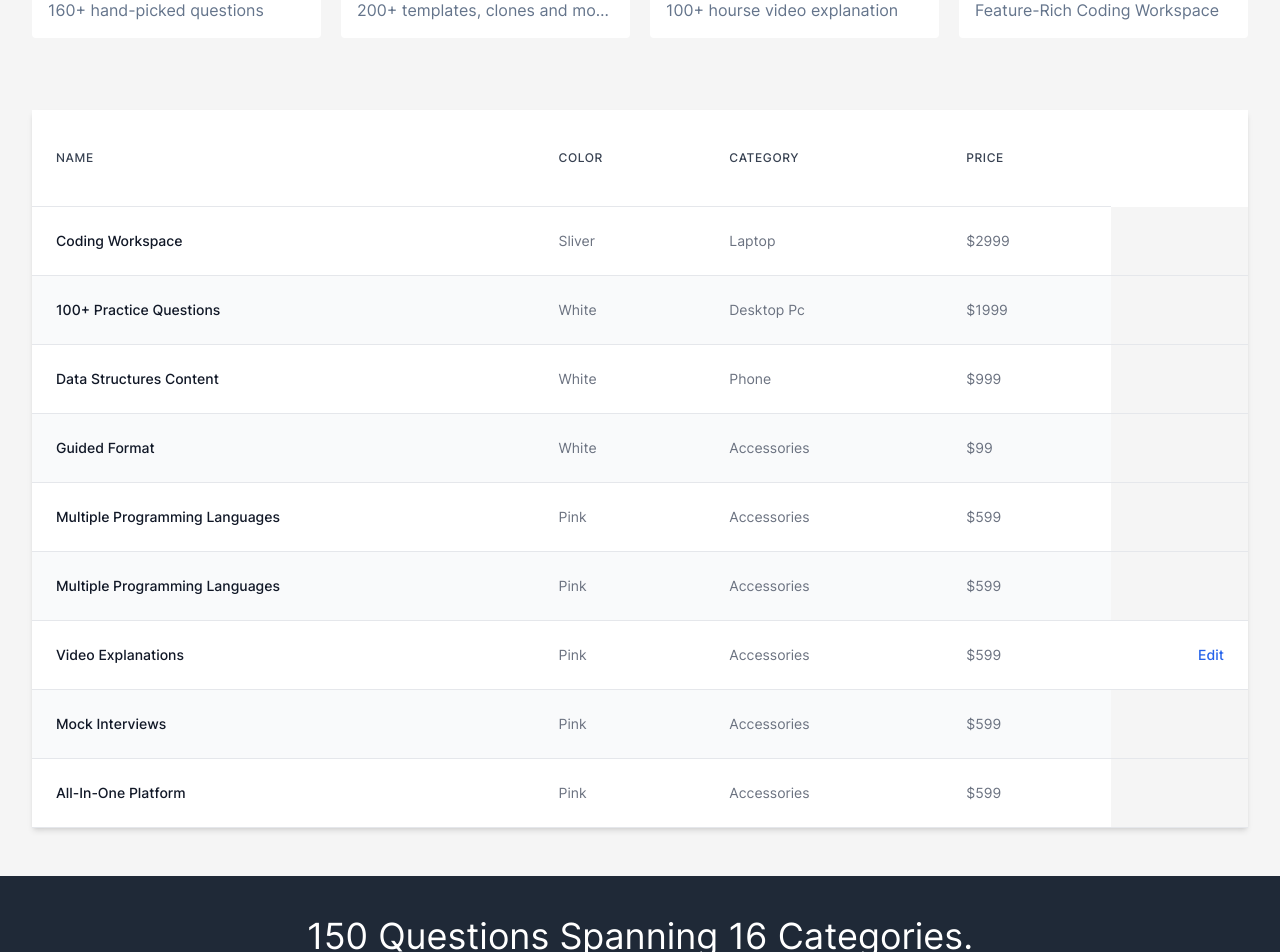
Repository: om1ars/Xjkey
Page: /
The author's editor kept a copy of each file at every save. The page is drawn from the files as they stood at one save, then again after the next save.
The browser window is 1280 px wide. The pictures show the part of the page from y = 865 to 1817 px (the page is 3949 px tall).
The project was rebuilt for these pictures with package versions that can differ from the ones it lists, and the page was loaded fresh each time. The framework's server and built-in components were replaced by stand-ins that run in the browser. Also part of the build but not shown: next.config.js.

Above is the page before, as saved 2022-03-19 01:51:55.

### src/pages/_app.tsx
import "@/css/fonts.css";
// Import Swiper styles
import "swiper/css";
import "swiper/css/free-mode";
import "swiper/css/scrollbar";
import "swiper/css/navigation";
//
import "@/css/main.scss";
import type { AppProps } from "next/app";
import { ThemeProvider } from "next-themes";
import { Header } from "@/components/Header";
import DefaultLayout from "@/layouts/DefaultLayout";

function MyApp({ Component, pageProps }: AppProps) {
  return (
    <ThemeProvider attribute="class" defaultTheme="system">
      <DefaultLayout>
        <Component {...pageProps} />
      </DefaultLayout>
    </ThemeProvider>
  );
}

export default MyApp;

### src/pages/_document.tsx
import NextDocument, {
  Html,
  Head,
  Main,
  NextScript,
  DocumentContext,
} from 'next/document';

export default class Document extends NextDocument {
  static async getInitialProps(ctx: DocumentContext) {
    const initialProps = await NextDocument.getInitialProps(ctx);
    return { ...initialProps };
  }

  render() {
    return (
      <Html lang='en' className='dark'>
        <Head>
          <link href='/favicons/site.webmanifest' rel='manifest' />
          <link href='/favicons/favicon.ico' rel='shortcut icon' />
          <link
            href='/favicons/apple-touch-icon.png'
            rel='apple-touch-icon'
            sizes='180x180'
          />
          <link
            href='/favicons/favicon-32x32.png'
            rel='icon'
            sizes='32x32'
            type='image/png'
          />
          <link
            href='/favicons/favicon-16x16.png'
            rel='icon'
            sizes='16x16'
            type='image/png'
          />
          <link
            rel='mask-icon'
            href='/favicons/safari-pinned-tab.svg'
            color='#6366f1'
          />
          <meta content='#ffffff' name='theme-color' />
          <meta content='#ffffff' name='msapplication-TileColor' />
          <meta
            content='/favicons/browserconfig.xml'
            name='msapplication-config'
          />
        </Head>
        <body className='dark:highlight-white/5 bg-neutral-100 text-slate-900 antialiased dark:bg-gray-800 dark:text-white'>
          <Main />
          <NextScript />
        </body>
      </Html>
    );
  }
}

### src/pages/index.tsx
import React from "react";
import SEO from "@/components/SEO";
import AboutUs from "@/components/HomeComponents/AboutUs";
import Hero from "@/components/HomeComponents/Hero";
import { FeaturedJobs } from "@/components/HomeComponents/FeaturedJobs";
import AlgoFlipCard from "@/components/HomeComponents/FlipCard";
import VideosComponents from "@/components/HomeComponents/VideosComponents";
import CompareTable from "@/components/HomeComponents/CompareTable";
export default function Home() {
  return (
    <>
      <SEO />
      <Hero />
      <main className="mx-auto max-w-screen-xl px-6 sm:px-8">
        <div className="mt-16 space-y-20">
          <FeaturedJobs />
        </div>
      </main>
      <main
        className="mx-auto max-w-screen-xl px-6 sm:px-8 "
        id="video-explanation"
      >
        <div className="mt-16 space-y-20">
          <CompareTable />
        </div>
      </main>
      <div className="mt-10 " id="flipCard">
        <AlgoFlipCard />
      </div>
      <main
        className="mx-auto max-w-screen-xl px-6 sm:px-8 "
        id="video-explanation"
      >
        <div className="mt-16 space-y-20">
          <VideosComponents />
        </div>
      </main>
    </>
  );
}

### src/css/fonts.css
@font-face {
  font-family: "Inter var";
  font-weight: 100 900;
  font-display: swap;
  font-style: normal;
  font-named-instance: "Regular";
  src: url("../fonts/Inter-roman-latin.var.woff2") format("woff2");
}

@font-face {
  font-family: "Inter var";
  font-weight: 100 900;
  font-display: swap;
  font-style: italic;
  font-named-instance: "Italic";
  src: url("../fonts/Inter-italic-latin.var.woff2") format("woff2");
}

### src/css/main.scss
@tailwind base;
@tailwind components;
@tailwind utilities;
@import "./flip-card.scss";
@layer base {
  .dark {
    color-scheme: dark;
  }
}

/* styling Swiper default navigations elements */
.swiper-button-next {
  background-color: theme("colors.white");
  height: 40px;
  width: 40px;
  border-radius: 100px;
  box-shadow: theme("boxShadow.lg");
  transition: all;
  transition-duration: 150ms;
}

html.dark .swiper-button-next {
  background-color: theme("colors.slate.600");
}

.swiper-button-next:hover {
  background-color: theme("colors.slate.200");
}

html.dark .swiper-button-next:hover {
  background-color: theme("colors.slate.400");
}

.swiper-button-next::after {
  color: black;
  font-size: 1rem;
  font-weight: bold;
}
html.dark .swiper-button-next::after {
  color: theme("colors.white");
}

.swiper-button-prev {
  background-color: theme("colors.white");
  height: 40px;
  width: 40px;
  border-radius: 100px;
  box-shadow: theme("boxShadow.lg");
  transition: all;
  transition-duration: 150ms;
}

html.dark .swiper-button-prev {
  background-color: theme("colors.slate.600");
}

.swiper-button-prev:hover {
  background-color: theme("colors.slate.200");
}

html.dark .swiper-button-prev:hover {
  background-color: theme("colors.slate.400");
}

.swiper-button-prev::after {
  color: black;
  font-size: 1rem;
  font-weight: bold;
}
html.dark .swiper-button-prev::after {
  color: theme("colors.white");
}

html.dark .swiper-scrollbar {
  background: rgb(255, 255, 255, 0.2);
}
html.dark .swiper-scrollbar-drag {
  background: rgb(255, 255, 255, 0.6);
}
/* end of styling Swiper default navigations elements */

### src/layouts/DefaultLayout.tsx
import Footer from "@/components/Footer";
import { Header } from "@/components/Header";
import React, { FC } from "react";

export default function DefaultLayout({ children }: any) {
  return (
    <div>
      <Header />
      <main>{children}</main>
      <Footer />
    </div>
  );
}

### src/components/SEO.tsx
import React from "react";
import Head from "next/head";

const defaultMeta = {
  title: "Job Seeking Landing Page - Miad V",
  description: "Exprimental Project",
};

const SEO: React.FC<any> = ({ children, ...customMeta }) => {
  const meta = {
    ...defaultMeta,
    ...customMeta,
  };
  return (
    <Head>
      <meta name="robots" content="noindex" />
      <title>{meta.title}</title>
      <meta name="description" content={meta.description} />
    </Head>
  );
};

export default SEO;

### src/components/HomeComponents/VideosComponents.tsx
import React from "react";

export default function VideosComponents() {
  return (
    <div className="flex justify-between text-justify sm:flex-col  md:flex-col lg:flex-row">
      <div className="w-6/12 pl-5 pr-5">
        <div>
          <h1 className="mb-3 text-4xl text-black">Our Videos Set Us Apart.</h1>
          <p>
            Lorem ipsum dolor sit amet consectetur, adipisicing elit. Unde
            architecto corporis obcaecati quis error autem impedit aliquid id
            fugiat pariatur doloremque, delectus voluptatibus maiores odit ipsa
            aspernatur dolorem quo non.
          </p>
        </div>
        <div className="mt-6 flex sm:flex-col md:flex-col lg:flex-row">
          <div className="mr-6 text-justify">
            <h3 className="mb-3 text-2xl text-black">Conceptual Overview</h3>
            <p>
              Lorem ipsum dolor sit amet, consectetur adipisicing elit. Quos
              beatae culpa eveniet error, nesciunt quo veritatis nihil debitis
              numquam enim totam dolorum esse perspiciatis incidunt labore,
              alias voluptatibus molestiae dignissimos!
            </p>
          </div>
          <div>
            <h3 className="mb-3 text-2xl text-black">Code Walkthrough</h3>
            <p>
              Lorem ipsum dolor sit amet, consectetur adipisicing elit. Quos
              beatae culpa eveniet error, nesciunt quo veritatis nihil debitis
              numquam enim totam dolorum esse perspiciatis incidunt labore,
              alias voluptatibus molestiae dignissimos!
            </p>
          </div>
        </div>
      </div>
      <div className="w-6/12 border"></div>
    </div>
  );
}

### src/components/HomeComponents/CompareTable.tsx
import React from "react";

export default function CompareTable() {
  return (
    <div>
      <div className="flex flex-col">
        <div className="overflow-x-auto sm:-mx-6 lg:-mx-8">
          <div className="inline-block min-w-full py-2 sm:px-6 lg:px-8">
            <div className="overflow-hidden shadow-md ">
              <table className="min-w-full">
                <thead className="bg-white  ">
                  <tr className="">
                    <th
                      scope="col"
                      className="py-3 px-6 text-left text-xs font-medium uppercase tracking-wider text-gray-700 dark:text-gray-400"
                    >
                      Name
                    </th>
                    <th
                      scope="col"
                      className="py-3 px-6   pt-10 pb-10 text-left text-xs font-medium uppercase tracking-wider text-gray-700 dark:text-gray-400"
                    >
                      Color
                    </th>
                    <th
                      scope="col"
                      className="py-3 px-6 text-left text-xs font-medium uppercase tracking-wider text-gray-700 dark:text-gray-400"
                    >
                      Category
                    </th>
                    <th
                      scope="col"
                      className="py-3 px-6 text-left text-xs font-medium uppercase tracking-wider text-gray-700 dark:text-gray-400"
                    >
                      Price
                    </th>
                    <th scope="col" className="relative py-3 px-6">
                      <span className="sr-only">Edit</span>
                    </th>
                  </tr>
                </thead>
                <tbody>
                  {/* Product 1 */}
                  <tr className="border-b odd:bg-white even:bg-gray-50 dark:border-gray-600 odd:dark:bg-gray-800 even:dark:bg-gray-700">
                    <td className="whitespace-nowrap border-t py-4 px-6 pt-6 pb-6 text-sm font-medium text-gray-900 dark:text-white">
                      Coding Workspace
                    </td>
                    <td className="whitespace-nowrap border-t py-4 px-6 text-sm text-gray-500 dark:text-gray-400">
                      Sliver
                    </td>
                    <td className="whitespace-nowrap border-t py-4 px-6 text-sm text-gray-500 dark:text-gray-400">
                      Laptop
                    </td>
                    <td className="whitespace-nowrap border-t py-4 px-6 text-sm text-gray-500 dark:text-gray-400">
                      $2999
                    </td>
                  </tr>
                  {/* Product 2 */}
                  <tr className="border-b odd:bg-white even:bg-gray-50 dark:border-gray-600 odd:dark:bg-gray-800 even:dark:bg-gray-700">
                    <td className="whitespace-nowrap py-4 px-6 pt-6 pb-6 text-sm font-medium text-gray-900 dark:text-white">
                      100+ Practice Questions
                    </td>
                    <td className="whitespace-nowrap py-4 px-6 text-sm text-gray-500 dark:text-gray-400">
                      White
                    </td>
                    <td className="whitespace-nowrap py-4 px-6 text-sm text-gray-500 dark:text-gray-400">
                      Desktop Pc
                    </td>
                    <td className="whitespace-nowrap py-4 px-6 text-sm text-gray-500 dark:text-gray-400">
                      $1999
                    </td>
                  </tr>
                  {/* Product 3 */}
                  <tr className="border-b odd:bg-white even:bg-gray-50 dark:border-gray-600 odd:dark:bg-gray-800 even:dark:bg-gray-700">
                    <td className="whitespace-nowrap py-4 px-6 pt-6 pb-6 text-sm font-medium text-gray-900 dark:text-white">
                      Data Structures Content
                    </td>
                    <td className="whitespace-nowrap py-4 px-6 text-sm text-gray-500 dark:text-gray-400">
                      White
                    </td>
                    <td className="whitespace-nowrap py-4 px-6 text-sm text-gray-500 dark:text-gray-400">
                      Phone
                    </td>
                    <td className="whitespace-nowrap py-4 px-6 text-sm text-gray-500 dark:text-gray-400">
                      $999
                    </td>
                  </tr>
                  {/* Product 4 */}
                  <tr className="border-b odd:bg-white even:bg-gray-50 dark:border-gray-600 odd:dark:bg-gray-800 even:dark:bg-gray-700">
                    <td className="whitespace-nowrap py-4 px-6 pt-6 pb-6 text-sm font-medium text-gray-900 dark:text-white">
                      Guided Format
                    </td>
                    <td className="whitespace-nowrap py-4 px-6 text-sm text-gray-500 dark:text-gray-400">
                      White
                    </td>
                    <td className="whitespace-nowrap py-4 px-6 text-sm text-gray-500 dark:text-gray-400">
                      Accessories
                    </td>
                    <td className="whitespace-nowrap py-4 px-6 text-sm text-gray-500 dark:text-gray-400">
                      $99
                    </td>
                  </tr>
                  {/* Product 5 */}
                  <tr className="border-b odd:bg-white even:bg-gray-50 dark:border-gray-600 odd:dark:bg-gray-800 even:dark:bg-gray-700">
                    <td className="whitespace-nowrap py-4 px-6 pt-6 pb-6 text-sm font-medium text-gray-900 dark:text-white">
                      Multiple Programming Languages{" "}
                    </td>
                    <td className="whitespace-nowrap py-4 px-6 text-sm text-gray-500 dark:text-gray-400">
                      Pink
                    </td>
                    <td className="whitespace-nowrap py-4 px-6 text-sm text-gray-500 dark:text-gray-400">
                      Accessories
                    </td>
                    <td className="whitespace-nowrap py-4 px-6 text-sm text-gray-500 dark:text-gray-400">
                      $599
                    </td>
                  </tr>
                  <tr className="border-b odd:bg-white even:bg-gray-50 dark:border-gray-600 odd:dark:bg-gray-800 even:dark:bg-gray-700">
                    <td className="whitespace-nowrap py-4 px-6 pt-6 pb-6 text-sm font-medium text-gray-900 dark:text-white">
                      Multiple Programming Languages{" "}
                    </td>
                    <td className="whitespace-nowrap py-4 px-6 text-sm text-gray-500 dark:text-gray-400">
                      Pink
                    </td>
                    <td className="whitespace-nowrap py-4 px-6 text-sm text-gray-500 dark:text-gray-400">
                      Accessories
                    </td>
                    <td className="whitespace-nowrap py-4 px-6 text-sm text-gray-500 dark:text-gray-400">
                      $599
                    </td>
                  </tr>
                  <tr className="border-b odd:bg-white even:bg-gray-50 dark:border-gray-600 odd:dark:bg-gray-800 even:dark:bg-gray-700">
                    <td className="whitespace-nowrap py-4 px-6 pt-6 pb-6 text-sm font-medium text-gray-900 dark:text-white">
                      Video Explanations
                    </td>
                    <td className="whitespace-nowrap py-4 px-6 text-sm text-gray-500 dark:text-gray-400">
                      Pink
                    </td>
                    <td className="whitespace-nowrap py-4 px-6 text-sm text-gray-500 dark:text-gray-400">
                      Accessories
                    </td>
                    <td className="whitespace-nowrap py-4 px-6 text-sm text-gray-500 dark:text-gray-400">
                      $599
                    </td>
                    <td className="whitespace-nowrap py-4 px-6 text-right text-sm font-medium">
                      <a
                        href="#"
                        className="text-blue-600 hover:underline dark:text-blue-500"
                      >
                        Edit
                      </a>
                    </td>
                  </tr>
                  <tr className="border-b odd:bg-white even:bg-gray-50 dark:border-gray-600 odd:dark:bg-gray-800 even:dark:bg-gray-700">
                    <td className="whitespace-nowrap py-4 px-6 pt-6 pb-6 text-sm font-medium text-gray-900 dark:text-white">
                      Mock Interviews
                    </td>
                    <td className="whitespace-nowrap py-4 px-6 text-sm text-gray-500 dark:text-gray-400">
                      Pink
                    </td>
                    <td className="whitespace-nowrap py-4 px-6 text-sm text-gray-500 dark:text-gray-400">
                      Accessories
                    </td>
                    <td className="whitespace-nowrap py-4 px-6 text-sm text-gray-500 dark:text-gray-400">
                      $599
                    </td>
                  </tr>
                  <tr className="border-b odd:bg-white even:bg-gray-50 dark:border-gray-600 odd:dark:bg-gray-800 even:dark:bg-gray-700">
                    <td className="whitespace-nowrap py-4 px-6 pt-6 pb-6 text-sm font-medium text-gray-900 dark:text-white">
                      All-In-One Platform
                    </td>
                    <td className="whitespace-nowrap py-4 px-6 text-sm text-gray-500 dark:text-gray-400">
                      Pink
                    </td>
                    <td className="whitespace-nowrap py-4 px-6 text-sm text-gray-500 dark:text-gray-400">
                      Accessories
                    </td>
                    <td className="whitespace-nowrap py-4 px-6 text-sm text-gray-500 dark:text-gray-400">
                      $599
                    </td>
                  </tr>
                </tbody>
              </table>
            </div>
          </div>
        </div>
      </div>
    </div>
  );
}

### src/css/flip-card.scss
.algo_flip_card_container {
  width: 100%;
  padding: 40px;
  height: 100%;
  background: #1f2937;
  //   display: flex;
  justify-content: center;
  align-items: center;
}
.services-box {
  display: flex;
  justify-content: center;
  align-items: center;
  flex-wrap: wrap;
}

.service {
  margin: 8px;
}

.flip-box {
  background-color: transparent;
  width: 300px;
  height: 200px;
  //   border: 1px solid #15314b;
  border-radius: 10px;
  perspective: 1000px;
}

.flip-box-inner {
  position: relative;
  width: 100%;
  height: 100%;
  text-align: center;
  transition: transform 0.4s;
  transform-style: preserve-3d;

  display: flex;
  justify-content: center;
  align-items: center;
}

.flip-box:hover .flip-box-inner {
  transform: rotateY(180deg);
}

.flip-box-front,
.flip-box-back {
  position: absolute;
  width: 100%;
  height: 100%;
  -webkit-backface-visibility: hidden;
  backface-visibility: hidden;

  display: flex;
  justify-content: center;
  align-items: center;
  flex-direction: column;
}

.flip-box-front {
  background-color: #15314b;
  color: white;
  border-radius: 10px;
}

.flip-box-front img {
  height: 50px;
  width: 50px;
}

.flip-box-back {
  background-color: #15314b;
  color: white;
  transform: rotateY(180deg);
  border-radius: 10px;
  padding: 16px;
}

### src/components/Footer.tsx
import React from "react";

export default function Footer() {
  return (
    <div>
      <div className="bg-darkBg text-whiteBg flex flex-col items-center justify-center pl-48 pr-48 pt-16 pb-10">
        <div className="lg:flex sm:flex md:flex sm:flex-wrap md:flex-wrap ">
          <div className="ml-4 flex ">
            <span className="mr-2 ml-2">Contact us</span>
            <div className=" ml-2 w-0.5 bg-gray-500"></div>
          </div>
          <div className="ml-4 flex ">
            <span className="mr-2 ml-2">FAQ</span>
            <div className=" ml-2 w-0.5 bg-gray-500"></div>
          </div>
          <div className="ml-4 flex ">
            <span className="mr-2 ml-2">Reviews</span>
            <div className=" ml-2 w-0.5 bg-gray-500"></div>
          </div>
          <div className="ml-4 flex ">
            <span className="mr-2 ml-2">Blog</span>
            <div className=" ml-2 w-0.5 bg-gray-500"></div>
          </div>
          <div className="ml-4 flex ">
            <span className="mr-2 ml-2">Jobs</span>
            <div className=" ml-2 w-0.5 bg-gray-500"></div>
          </div>
          <div className="ml-4 flex ">
            <span className="mr-2 ml-2 ">Legal stuff</span>
          </div>

        </div>
        <div className="mt-6">
          <span>Copyright © 2017-2022 EzCode LLC. All rights reserved.</span>
        </div>
      </div>
    </div>
  );
}

### src/components/Logo.tsx
import clsx from "clsx";
import React from "react";

export default function Logo() {
  return (
    <span
      className={clsx(
        "bg-gradient-to-r from-fuchsia-800 via-purple-600 to-indigo-800 bg-clip-text align-middle text-3xl font-black tracking-widest text-transparent"
      )}
    >
      HIREDLi
    </span>
  );
}

### src/utils/assertions.ts
export const __DEV__ = process.env.NODE_ENV !== "production";

Loaded but not shown: tailwind.config.js (18 lines, source omitted); src/components/Header.tsx (699 lines, source omitted); src/components/HomeComponents/FlipCard.tsx (283 lines, source omitted); src/components/HomeComponents/AuthenticationDialog.tsx (206 lines, source omitted); src/components/ThemeToggle.tsx (220 lines, source omitted); src/components/HomeComponents/Hero.tsx (170 lines, source omitted); src/components/HomeComponents/FeaturedJobs.tsx (143 lines, source omitted); src/components/Button/index.tsx (185 lines, source omitted)

After the next save:
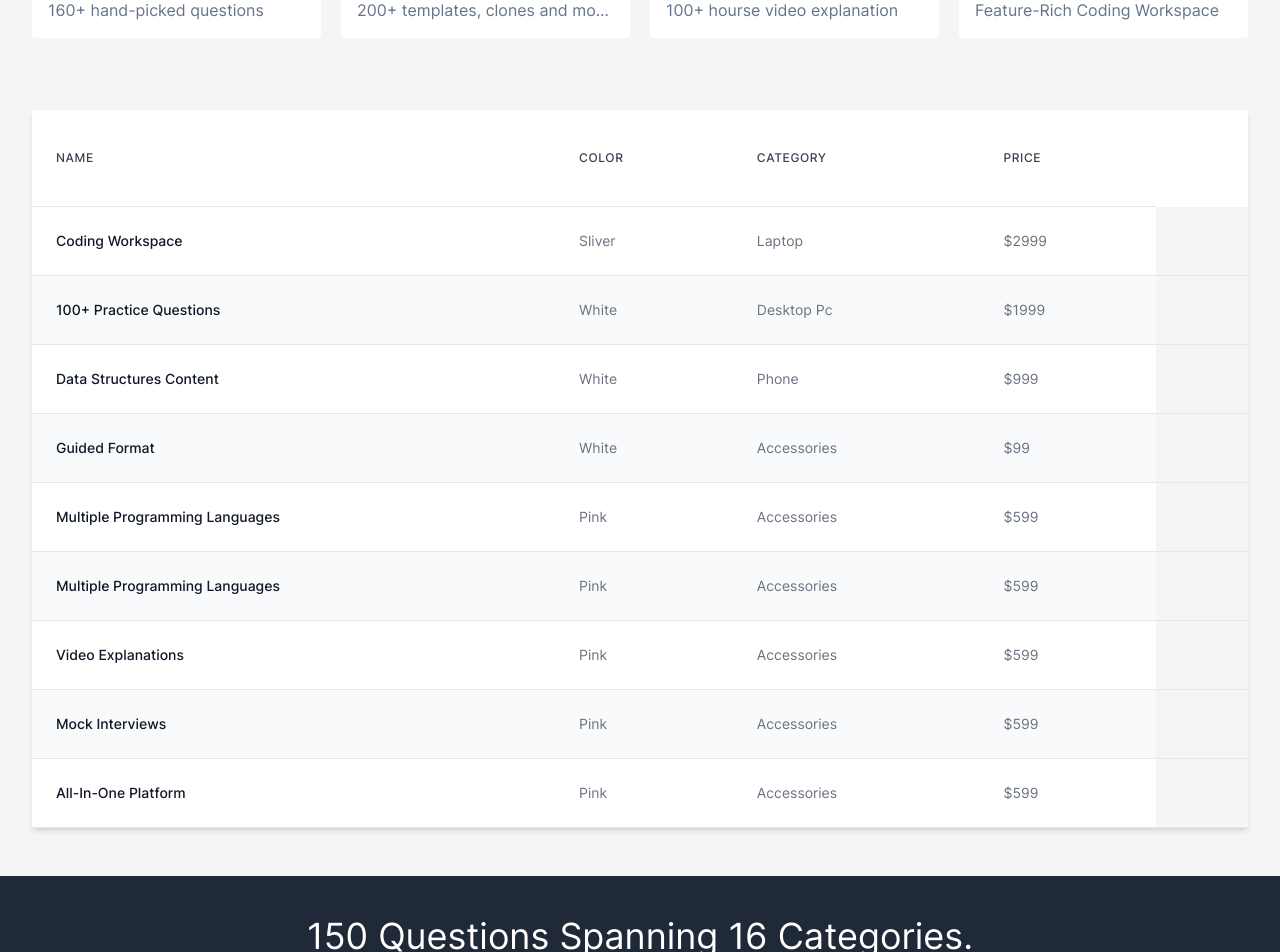
Saved 12 s later.
--- a/src/components/HomeComponents/CompareTable.tsx
+++ b/src/components/HomeComponents/CompareTable.tsx
@@ -142,14 +142,7 @@ export default function CompareTable() {
                     <td className="whitespace-nowrap py-4 px-6 text-sm text-gray-500 dark:text-gray-400">
                       $599
                     </td>
-                    <td className="whitespace-nowrap py-4 px-6 text-right text-sm font-medium">
-                      <a
-                        href="#"
-                        className="text-blue-600 hover:underline dark:text-blue-500"
-                      >
-                        Edit
-                      </a>
-                    </td>
+
                   </tr>
                   <tr className="border-b odd:bg-white even:bg-gray-50 dark:border-gray-600 odd:dark:bg-gray-800 even:dark:bg-gray-700">
                     <td className="whitespace-nowrap py-4 px-6 pt-6 pb-6 text-sm font-medium text-gray-900 dark:text-white">
